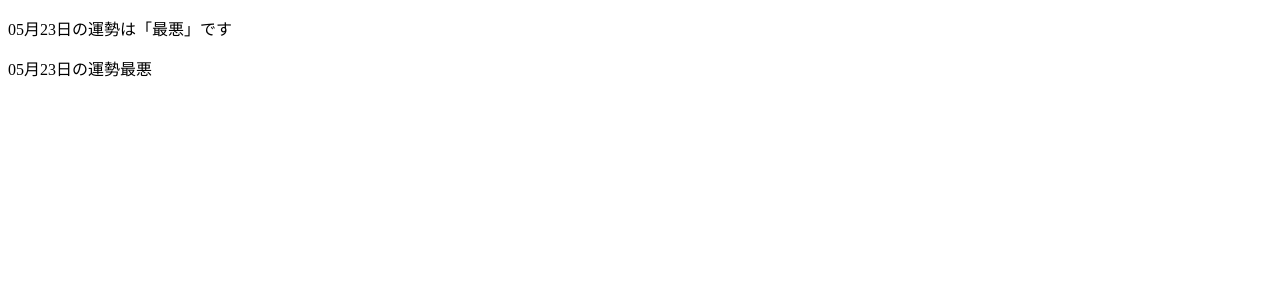
Repository: cshm225/jsplesson
Page: http://localhost/Fortune/sample.jsp
The author's editor kept a copy of each file at every save. The page is drawn from the files as they stood at one save, then again after the next save.
The browser window is 1280 px wide. The pictures show the whole page.
The page is served by Tomcat 9.

Above is the page before, as saved 2022-05-23 04:20:27.

After the next save:
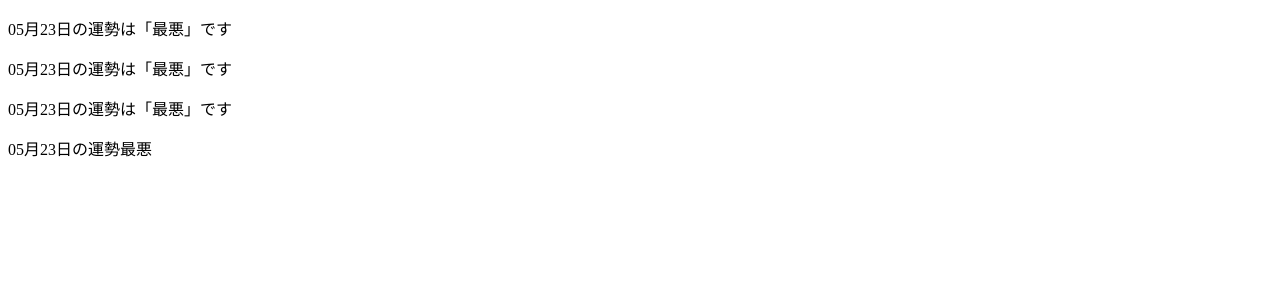
Saved 15 min 54 s later.
--- a/Fortune/WebContent/sample.jsp
+++ b/Fortune/WebContent/sample.jsp
@@ -16,7 +16,9 @@
 <title>すっきり占い</title>
 </head>
 <body>
+<%for(int i=0;i<3;i++){ %>
 <p><%=today %>の運勢は「<%=luck %>」です</p>
+<%} %>
 <p><%
 out.println(today+"の運勢"+luck);
 %></p>
